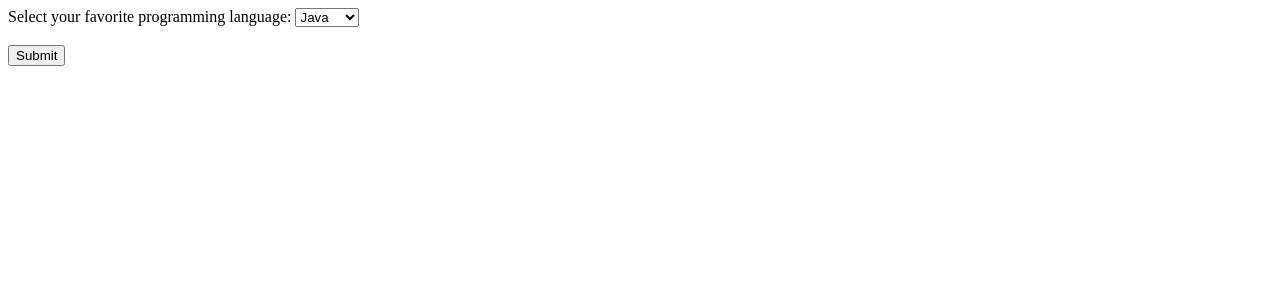
Repository: xiaoliu-lucy/JSP
Page: jspdemo/WebContent/cookies-personalize.html
These files come from the project's save history. The page is drawn as it stood at one moment and after the next save; the edit follows.
The browser window is 1280 px wide. The pictures show the whole page.

Above is the page before, as saved 2017-08-12 23:52:04.

After the next save:
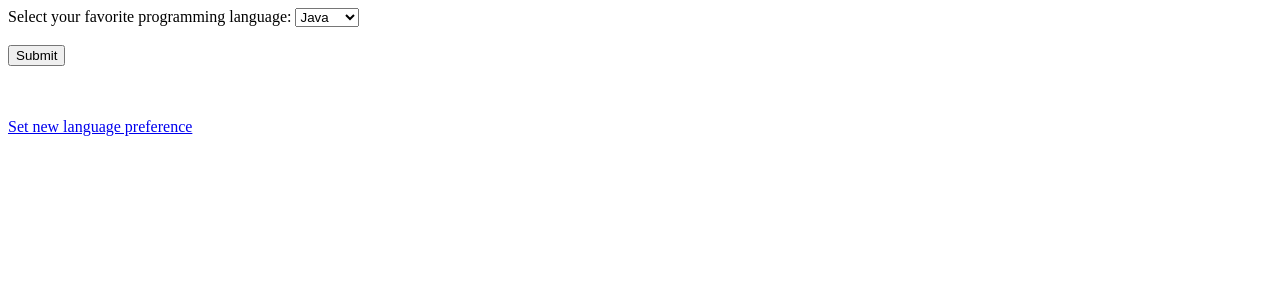
Saved 60 s later.
--- a/jspdemo/WebContent/cookies-personalize.html
+++ b/jspdemo/WebContent/cookies-personalize.html
@@ -14,5 +14,7 @@
 	</br></br>
 	<input type="submit" value="Submit" />
 </form>
+<br/><br/>
+<a href = "cookies-personalize.html">Set new language preference</a>
 </body>
 </html>
